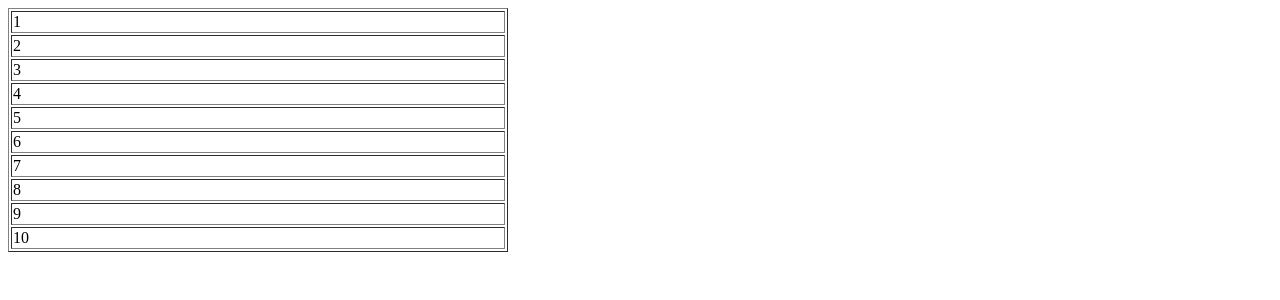
Repository: sonic247897/multicampus-web
Page: clientweb/WebContent/js_basic/js_for_test.html
These files come from the project's save history. The page is drawn as it stood at one moment and after the next save; the edit follows.
The browser window is 1280 px wide. The pictures show the whole page.

Above is the page before, as saved 2020-01-07 04:45:05.

### clientweb/WebContent/js_basic/js_for_test.html
<!DOCTYPE html>
<html>
<head>
<meta charset="EUC-KR">
<title>Insert title here</title>
</head>
<body>
	<script type = "text/javascript">
		document.write("<table border='1' width='500'>");
		for(i=1; i<=10; ++i){
			document.write("<tr><td>"+i+"</td></tr>");
		}
		document.write("</table> ");
	</script>

</body>
</html>

After the next save:
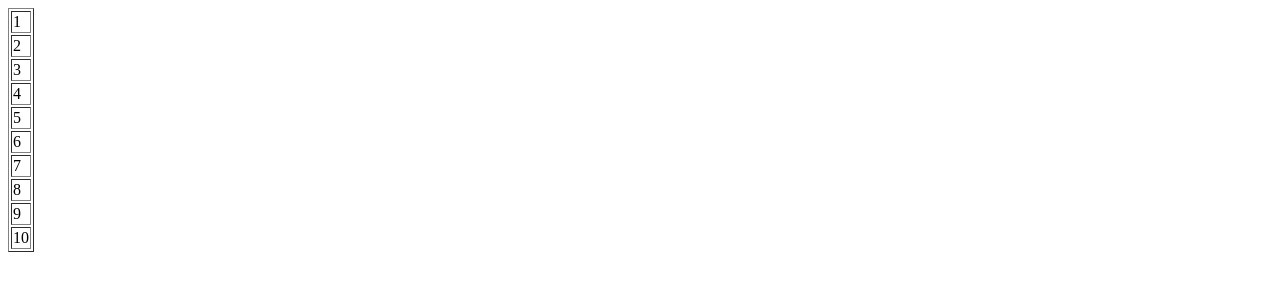
Saved 10 s later.
--- a/clientweb/WebContent/js_basic/js_for_test.html
+++ b/clientweb/WebContent/js_basic/js_for_test.html
@@ -6,7 +6,7 @@
 </head>
 <body>
 	<script type = "text/javascript">
-		document.write("<table border='1' width='500'>");
+		document.write("<table border='1'>");
 		for(i=1; i<=10; ++i){
 			document.write("<tr><td>"+i+"</td></tr>");
 		}
